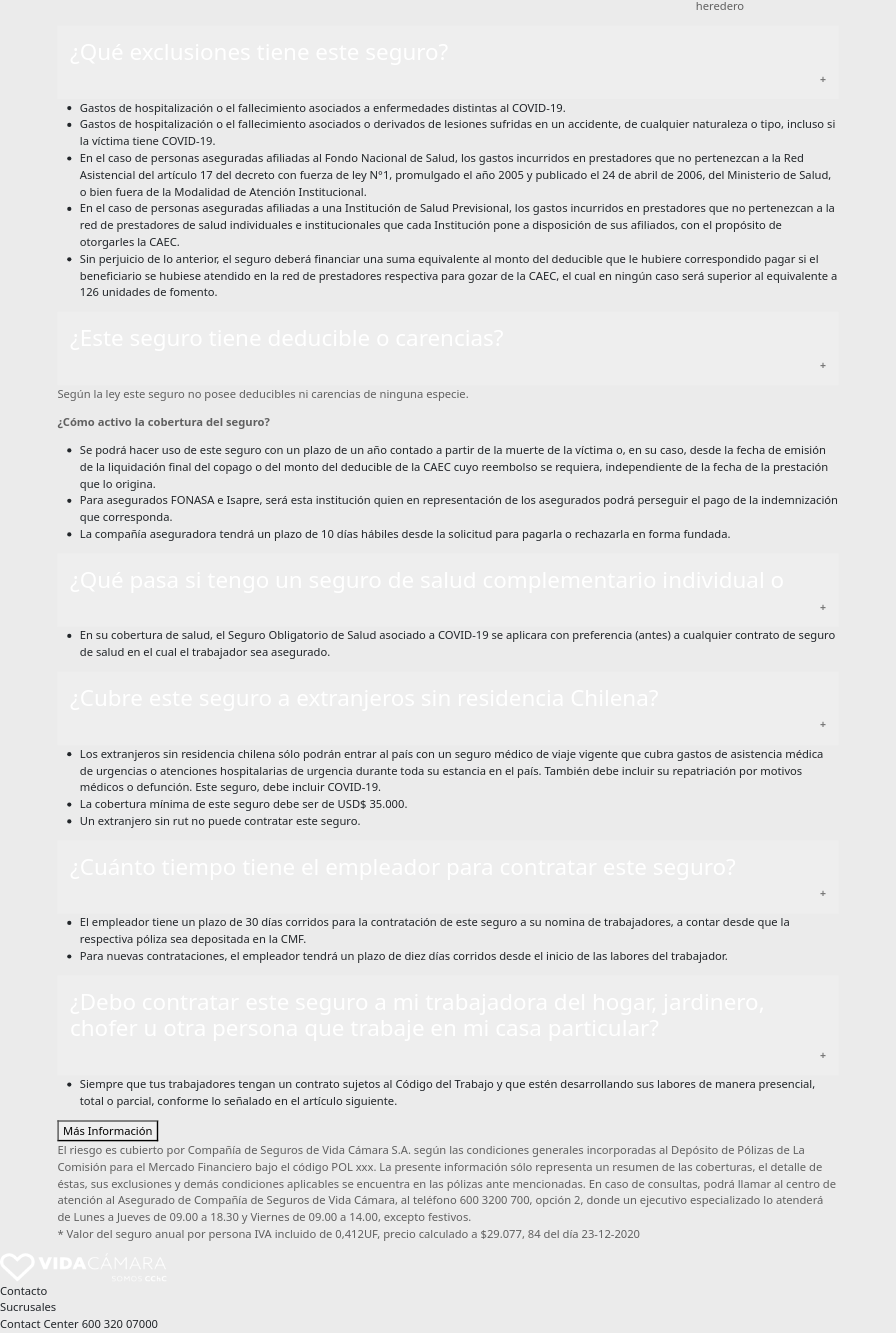
Repository: Darigo30/vidacamara
Page: index.html
An editor plug-in stored every save of this project. The page is shown before and after the next save, followed by the edit.
The browser window is 1280 px wide. The pictures show the part of the page from y = 2308 to 4228 px (the page is 4212 px tall before and 4228 px after), at 70% of full size.
Some web fonts or font styles are not loaded; a fallback is used. Some web libraries are served in a nearby version.

Above is the page before, as saved 2021-07-29 22:32:01.

After the next save:
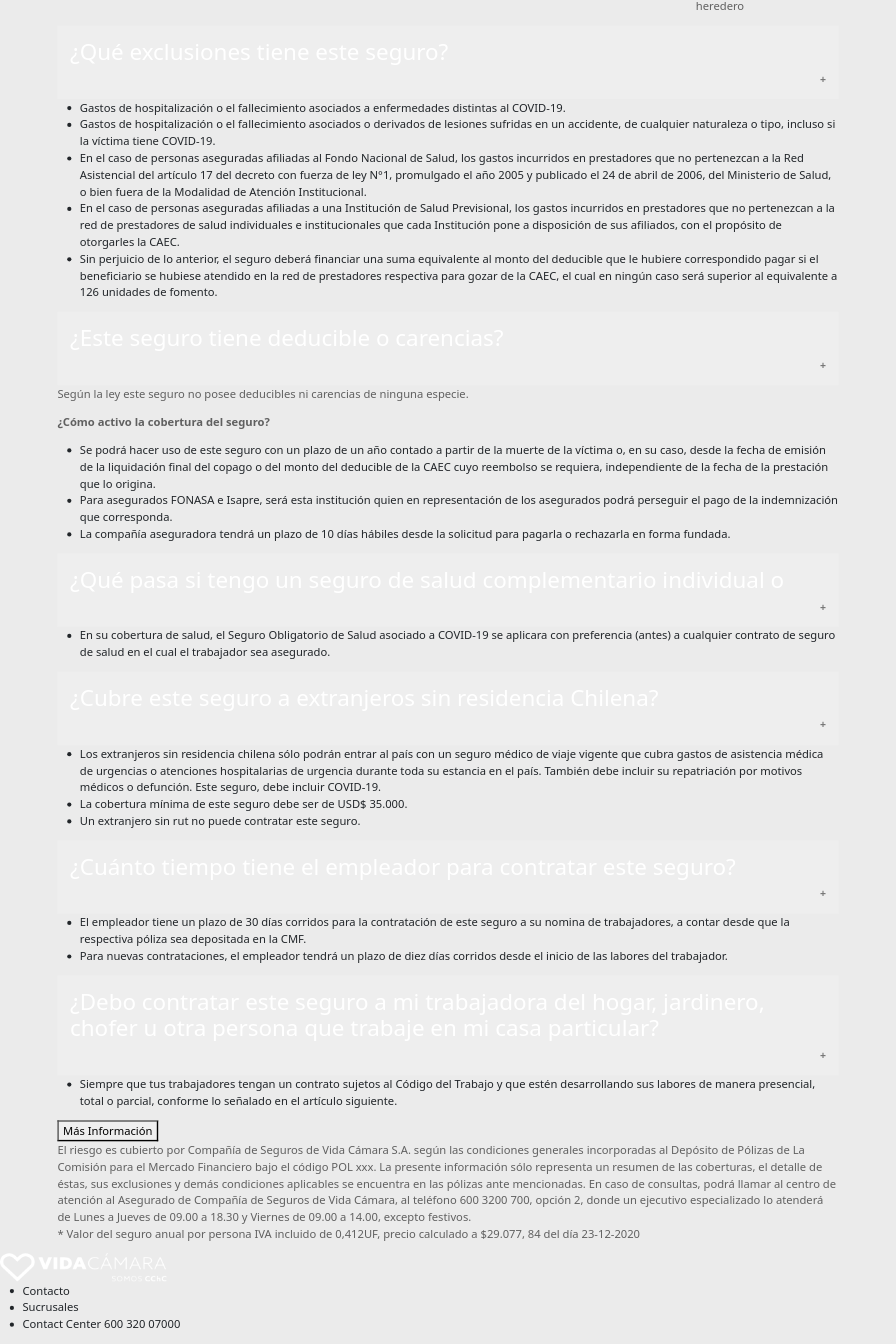
Saved 91 s later.
--- a/index.html
+++ b/index.html
@@ -286,9 +286,11 @@
       <footer class="footer">
           <img src="assets/img/logo-footer.png">
             <div class="footer__contacto">
-                <div>Contacto</div>
-                <div>Sucrusales</div>
-                <div>Contact Center 600 320 07000</div>
+                <ul>
+                    <li>Contacto</li>
+                    <li>Sucrusales</li>
+                    <li>Contact Center 600 320 07000</li>
+                </ul>
             </div>
       </footer>
     </main>
